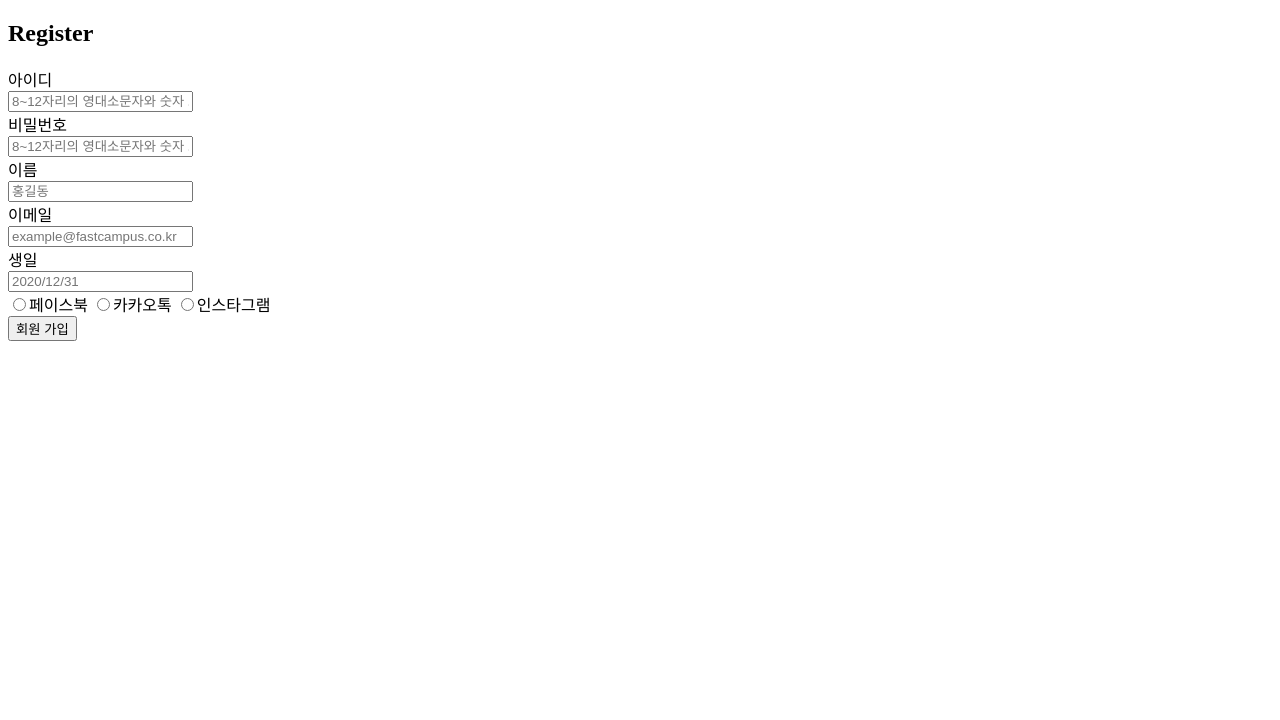
Repository: ksj2001/SpringBasic2024
Page: http://localhost/MVC_join/
An editor plug-in stored every save of this project. The page is shown before and after the next save, followed by the edit.
The browser window is 1280 px wide. The pictures show the whole page.
The page is served by Tomcat 9.

Above is the page before, as saved 2024-07-02 14:11:03.

After the next save:
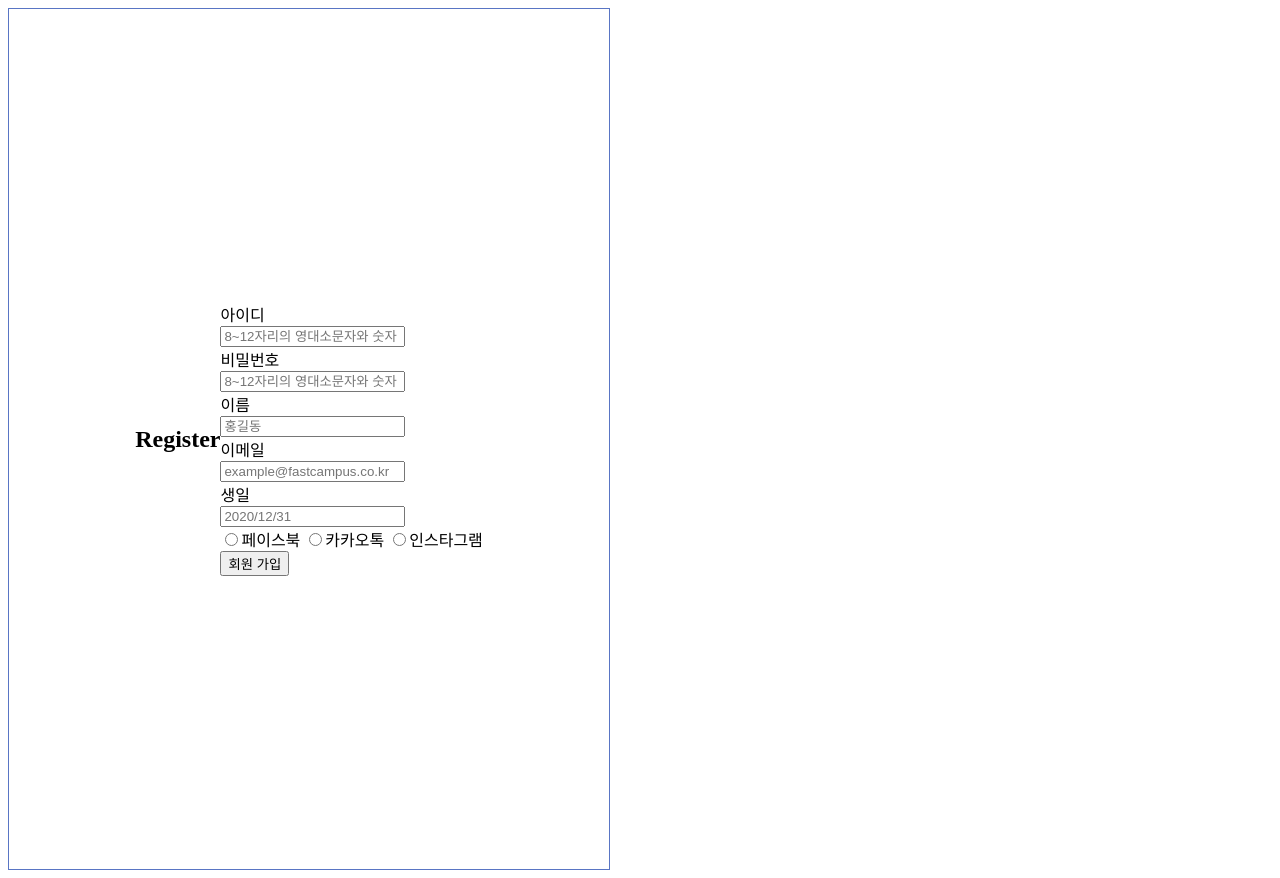
Saved 7 min 34 s later.
--- a/MVC_join/src/main/webapp/WEB-INF/views/index.jsp
+++ b/MVC_join/src/main/webapp/WEB-INF/views/index.jsp
@@ -5,29 +5,38 @@
 <head>
 <meta charset="UTF-8">
 <title>Insert title here</title>
+<style type="text/css">
+	.registerBox{
+		display: flex;
+		justify-content: center;
+		align-items: center;
+		width: 500px;
+		height: 800px;
+		border: 1px solid #5975C4;
+		padding: 30px 50px;
+	}
+</style>
 </head>
 <body>
 	<div class="registerBox">
-		<div class="registerContent">
-			<h2>Register</h2>
-			<div class="inputs">
-				<label>아이디</label><br>
-				<input type="text" placeholder="8~12자리의 영대소문자와 숫자 조합"><br>
-				<label>비밀번호</label><br>
-				<input type="password" placeholder="8~12자리의 영대소문자와 숫자 조합"><br>
-				<label>이름</label><br>
-				<input type="text" placeholder="홍길동"><br>
-				<label>이메일</label><br>
-				<input type="text" placeholder="example@fastcampus.co.kr"><br>
-				<label>생일</label><br>
-				<input type="text" placeholder="2020/12/31"><br>
-				<div class="selectSns">
-					<input type="radio" name="sns" value="facebook">페이스북
-					<input type="radio" name="sns" value="kakaotalk">카카오톡
-					<input type="radio" name="sns" value="instagram">인스타그램
-				</div>
-				<input type="submit" value="회원 가입">
+		<h2>Register</h2>
+		<div class="inputs">
+			<label>아이디</label><br>
+			<input type="text" placeholder="8~12자리의 영대소문자와 숫자 조합"><br>
+			<label>비밀번호</label><br>
+			<input type="password" placeholder="8~12자리의 영대소문자와 숫자 조합"><br>
+			<label>이름</label><br>
+			<input type="text" placeholder="홍길동"><br>
+			<label>이메일</label><br>
+			<input type="text" placeholder="example@fastcampus.co.kr"><br>
+			<label>생일</label><br>
+			<input type="text" placeholder="2020/12/31"><br>
+			<div class="selectSns">
+				<input type="radio" name="sns" value="facebook">페이스북
+				<input type="radio" name="sns" value="kakaotalk">카카오톡
+				<input type="radio" name="sns" value="instagram">인스타그램
 			</div>
+			<input type="submit" value="회원 가입">
 		</div>
 	</div>
 </body>
